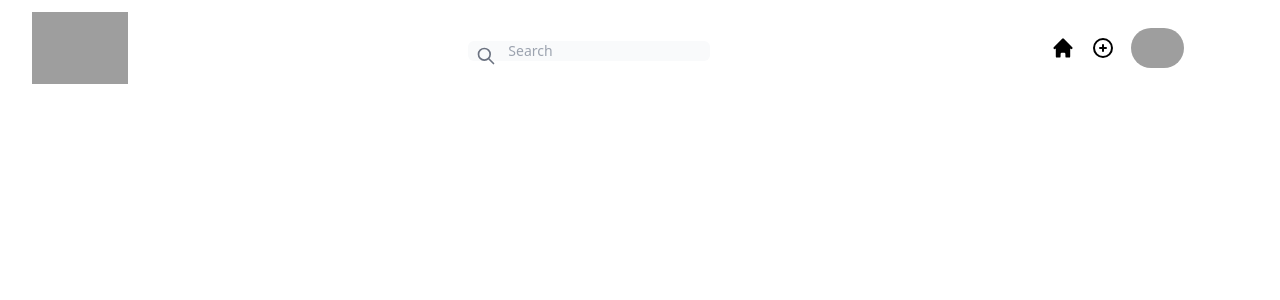
Repository: Mardoqueu/insta-v1
Page: /
An editor plug-in stored every save of this project. The page is shown before and after the next save, followed by the edit.
The browser window is 1280 px wide. The pictures show the whole page.
Pictures or frames that could not be fetched are drawn as grey boxes. The project was rebuilt for these pictures with package versions that can differ from the ones it lists, and the page was loaded fresh each time. The framework's server and built-in components were replaced by stand-ins that run in the browser. Also part of the build but not shown: next.config.js.

Above is the page before, as saved 2022-08-25 10:57:36.

### pages/index.js
import Head from 'next/head'
import styles from '../styles/Home.module.css'
import Header from './components/Header'

export default function Home() {
  return (
    <div className={styles.container}>
      <Head>
        <title>Instagram</title>
        <meta name="description" content="Generated by create next app" />
        <link rel="icon" href="/favicon.ico" />
      </Head>
    {/*Head*/}
    <Header/>

    {/*Feed*/}

    {/*Modal*/}

    </div>
  )
}

### pages/components/Header.js
import Image from "next/image";
import React from "react";
import { SearchIcon, PlusCircleIcon } from "@heroicons/react/outline";
import {HomeIcon} from "@heroicons/react/solid"
export default function Header() {
  return (
    <div className="flex items-center justify-between max-w-6xl">
      {/* Left */}
      <div className="cursor-pointer h-24 w-24 relative hidden lg:inline-grid">
        <Image
          src="http://www.jennexplores.com/wp-content/uploads/2015/09/Instagram_logo_black.png"
          layout="fill"
          className="object-contain"
        />
      </div>
      <div className="cursor-pointer h-24 w-10 relative  lg:hidden">
        <Image
          src="https://upload.wikimedia.org/wikipedia/commons/thumb/e/e7/Instagram_logo_2016.svg/800px-Instagram_logo_2016.svg.png"
          layout="fill"
          className="object-contain"
        />
      </div>
      {/* Middle */}

      <div className="relative mt-1">
        <div className="absolute top-2 left-2">
        <SearchIcon  className="h-5 text-gray-500" />
        </div>
        <input type="text" placeholder="Search" className="bg-gray-50 pl-10 border-gray-500 text-sm focus:ring-black focus:border-black rounded-md"/>
      </div>

    {/* Right */}

    <div className="flex space-x-4 items-center">
      <HomeIcon className="h-6 cursor-pointer hover:scale-125 transition-transform duration-200 ease-out"/>
      <PlusCircleIcon className="h-6 cursor-pointer hover:scale-125 transition-transform duration-200 ease-out"/>
      <img src="https://media-exp1.licdn.com/dms/image/C4E03AQF1Icbg9ibKSQ/profile-displayphoto-shrink_800_800/0/1656524327808?e=1666828800&v=beta&t=qOGUdHrse_LvKkpyy9nUz7tCnRiXEGOzRBQ0KfwyR1o" alt="user-img" className="h-10 rounded-full cursor-pointer" />
    </div>
    </div>
  );
}

Loaded but not shown: pages/_app.js (common file); styles/globals.css (common file); styles/Home.module.css (common file); tailwind.config.js (common file)

After the next save:
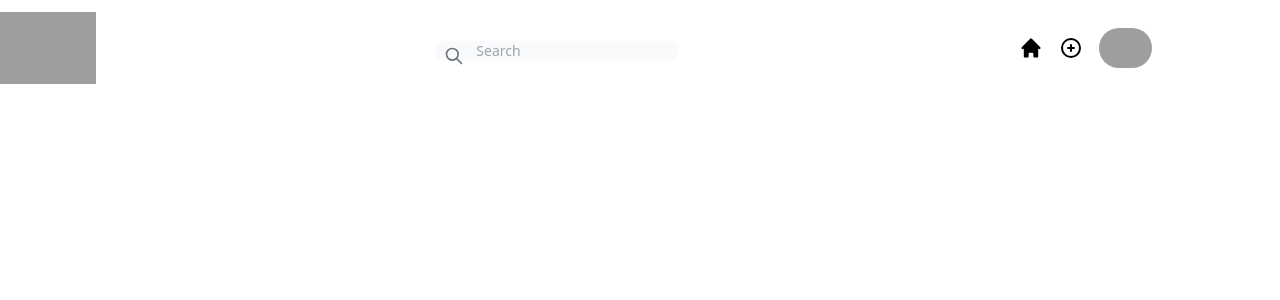
Saved 32 s later.
--- a/pages/index.js
+++ b/pages/index.js
@@ -4,7 +4,7 @@
 
 export default function Home() {
   return (
-    <div className={styles.container}>
+    <div className="">
       <Head>
         <title>Instagram</title>
         <meta name="description" content="Generated by create next app" />

After the save that followed:
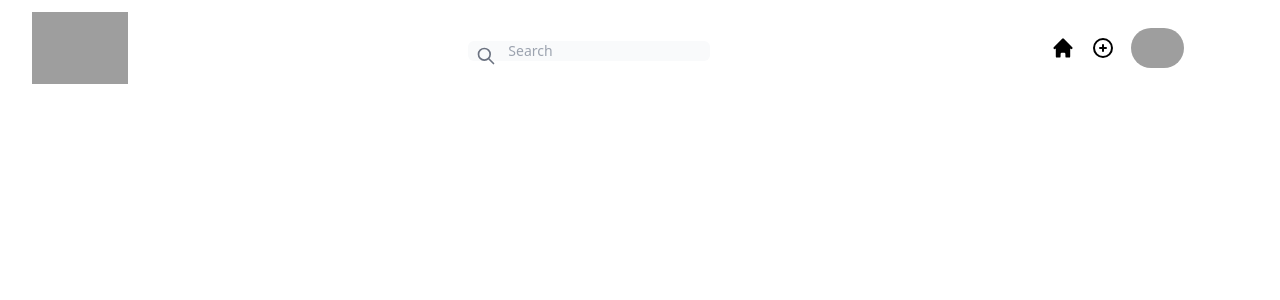
Saved 8 s later.
--- a/pages/index.js
+++ b/pages/index.js
@@ -4,7 +4,7 @@
 
 export default function Home() {
   return (
-    <div className="">
+    <div className={styles.container}>
       <Head>
         <title>Instagram</title>
         <meta name="description" content="Generated by create next app" />
